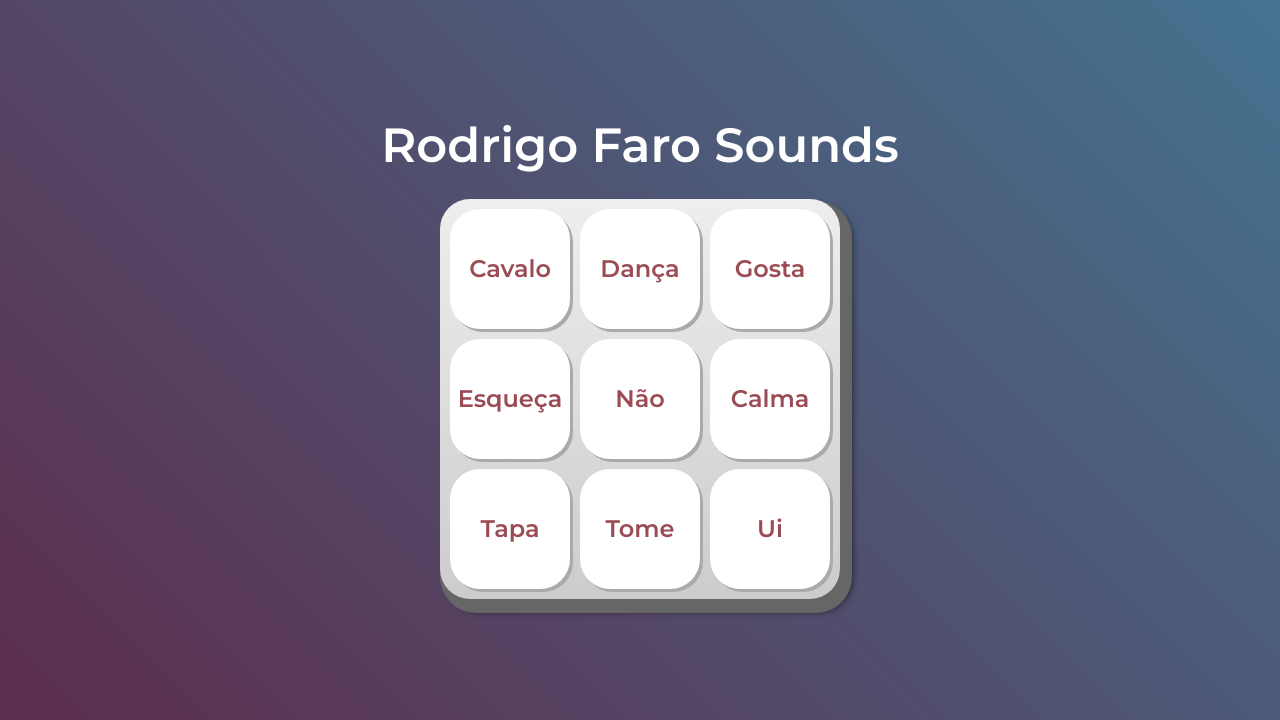
Repository: barbara-teresa-toledo/rodrigo-faro-sounds
Page: index.html
These files come from the project's save history. The page is drawn as it stood at one moment and after the next save; the edit follows.
The browser window is 1280 px wide. The pictures show the whole page.

Above is the page before, as saved 2022-08-02 16:25:20.

After the next save:
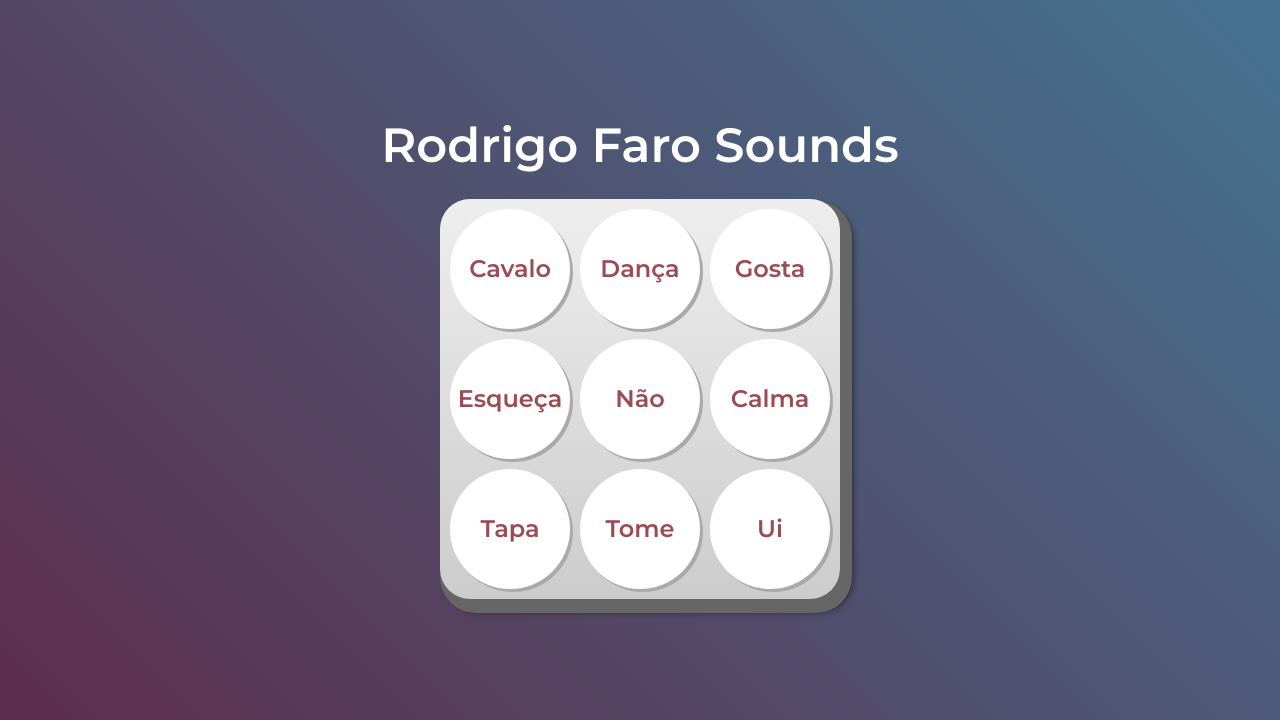
Saved 98 s later.
--- a/css/estilos.css
+++ b/css/estilos.css
@@ -36,7 +36,7 @@
 
 .tecla {
   background-color: var(--branca);
-  border-radius: 30px;
+  border-radius: 50%;
   box-shadow: 3px 3px 0 var(--cinza);
   color: var(--rosa-escuro);
   cursor: pointer;
